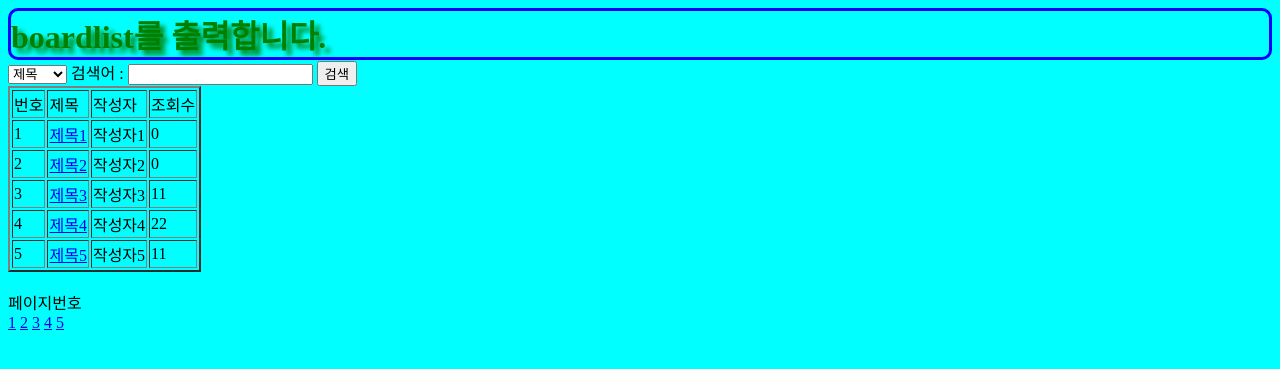
Repository: Pang-Ho/TIL
Page: JavaScript/workspace_web/htmltest/WebContent/boardlist.html
These files come from the project's save history. The page is drawn as it stood at one moment and after the next save; the edit follows.
The browser window is 1280 px wide. The pictures show the whole page.

Above is the page before, as saved 2021-08-20 08:36:18.

After the next save:
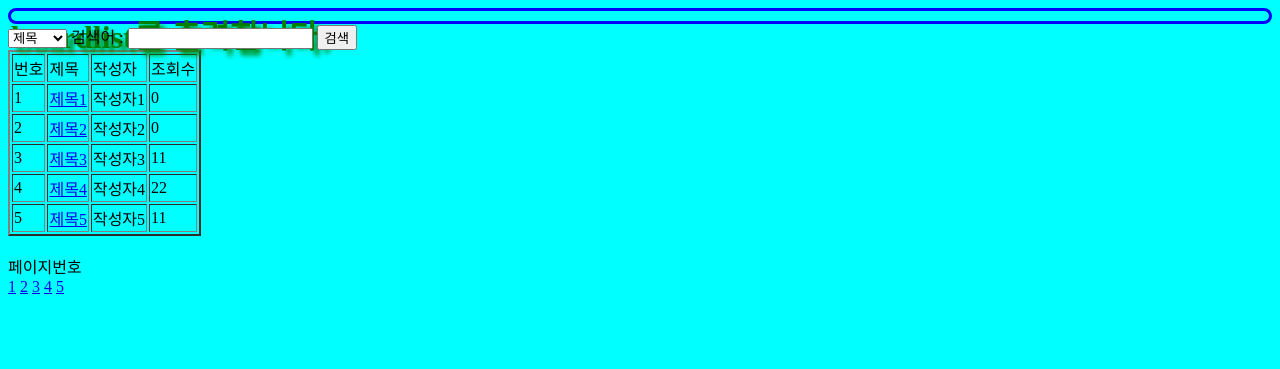
Saved 30 s later.
--- a/JavaScript/workspace_web/htmltest/WebContent/boardlist.html
+++ b/JavaScript/workspace_web/htmltest/WebContent/boardlist.html
@@ -10,6 +10,7 @@
 	h1{
 	color : green;
 	text-shadow : 5px 5px 5px green;
+	height : 10px;
 	border : solid blue;
 	border-radius: 10px 10px 10px 10px;
 	margin:auto;
